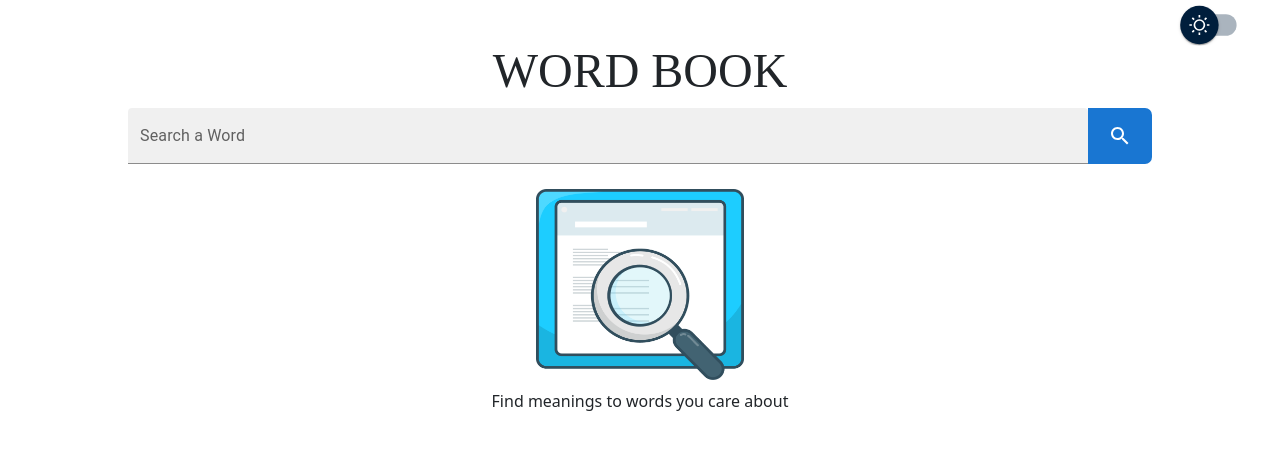
Repository: marveldev/my-dictionary
Page: /
The author's editor kept a copy of each file at every save. The page is drawn from the files as they stood at one save, then again after the next save.
The browser window is 1280 px wide. The pictures show the whole page.
The project was rebuilt for these pictures with package versions that can differ from the ones it lists, and the page was loaded fresh each time. Also part of the build but not shown: src/components/themeSwitcher/MUISwitch.jsx.

Above is the page before, as saved 2022-05-22 17:01:05.

### public/index.html
<!DOCTYPE html>
<html lang="en">
  <head>
    <meta charset="utf-8" />
    <meta name="viewport" content="width=device-width, initial-scale=1" />
    <meta name="theme-color" content="#000000" />
    <meta
      name="description"
      content="Web site created using create-react-app"
    />
    <link href="https://cdn.jsdelivr.net/npm/bootstrap@5.1.3/dist/css/bootstrap.min.css" rel="stylesheet"
          integrity="sha384-1BmE4kWBq78iYhFldvKuhfTAU6auU8tT94WrHftjDbrCEXSU1oBoqyl2QvZ6jIW3" crossorigin="anonymous"
    />
    <link rel="apple-touch-icon" href="./icon-192x192.png" />
    <link rel="icon" href="./icon-192x192.png" />
    <link rel="manifest" href="./manifest.json" />
    <title>My Dictionary</title>
  </head>
  <body>
    <noscript>You need to enable JavaScript to run this app.</noscript>
    <div id="root"></div>
  </body>
</html>

### src/index.js
import React from 'react'
import ReactDOM from 'react-dom'
import App from './App'
import swDev from './swDev'
import './index.css'

ReactDOM.render(
  <React.StrictMode>
    <App />
  </React.StrictMode>,
  document.getElementById('root')
)
swDev()

### src/App.js
import { useState } from 'react'
import { createTheme } from '@mui/material'
import { Form, Output, ThemeSwitcher } from './components'

const App = () => {
  const [definitions, setDefinitions] = useState([])
  const [appMode, setAppMode] = useState('online')
  const [isLoading, setIsLoading] = useState(null)

  const storedTheme = localStorage.getItem('theme') || 'light'
  const [theme, setTheme] = useState(storedTheme)

  const themePalette = createTheme({
    palette: {
      mode: theme,
    },
  })

  return (
    <div className={`${theme} app`}>
      <div className="top-column top-0 w-100 pb-4">
        <ThemeSwitcher setTheme={setTheme} theme={theme} themePalette={themePalette} />
        <h1 className="text-center">{definitions?.word || 'WORD BOOK'}</h1>
        <Form
          setDefinitions={setDefinitions}
          themePalette={themePalette}
          setAppMode={setAppMode}
          setIsLoading={setIsLoading}
        />
      </div>

      <Output definitions={definitions} appMode={appMode} isLoading={isLoading} />
    </div>
  )
}

export default App

### src/swDev.js
export default function swDev() {
  let swUrl = `${process.env.PUBLIC_URL}/sw.js`
  navigator.serviceWorker.register(swUrl).then(response => {
    console.warn("response", response)
  })
}

### src/index.css
body {
  margin: 0;
}

.app {
  position: absolute;
  width: 100%;
  height: 100%;
  transition: all 0.5s linear 0s;
}

.top-column {
  position: fixed;
  background: #fff;
  z-index: 1;
  transition: all 0.5s linear 0s;
}

h1 {
  font-size: 3em;
  font-family: 'Montserrat light', serif;
}

.form {
  width: 80%;
}

#searchButton {
  border-radius: 0 0.5em 0.5em 0;
  box-shadow: none;
}

.output {
  margin: 11.3em auto 0;
  padding-bottom: 1em;
}

.search-illustration {
  width: 13em;
  height: 13em;
  object-fit: contain;
}

.definition-header {
  padding: 1em 2em;
  font-family: 'Montserrat Medium', serif;
}

.volume-icon {
  transform: scale(1.8);
  color: #000;
}

.definitions-wrapper {
  width: 80%;
  background: #f0f0f0;
}

.definition {
  background: #3b5360;
}

button:active {
  transform: translateY(0.2em);
}

.dark {
  background: #282c34;
  color: #fff;
  height: auto;
}

.dark #searchButton {
  background: #1174ff;
  color: #fff;
}

.dark .top-column {
  background: #282c34;
}

.dark .definitions-wrapper {
  background: #3b3f46;
}

.dark .definition {
  background: #355c6c;
}

.dark .volume-icon {
  color: #fff;
}

@media screen and (max-width: 628px) {
  .form {
    width: 95%;
  }

  .output {
    margin-top: 12em;
  }

  .definition-header {
    padding: 0.5em 0;
  }

  .definitions-wrapper {
    width: 95%;
    padding: 0 1em;
  }
}

### src/components/index.js
export { default as Form } from './form/Form'
export { default as Output } from './output/Output'
export { default as ThemeSwitcher } from './themeSwitcher/ThemeSwitcher'

### src/components/form/Form.jsx
import { useState } from 'react'
import debounce from 'lodash.debounce'
import wordList from 'word-list-json'
import { TextField, ThemeProvider, Autocomplete, Button } from '@mui/material'
import SearchIcon from '@mui/icons-material/Search'

const Form = ({ setDefinitions, themePalette, setIsLoading, setAppMode }) => {
  const [filteredWords, setFilteredWords] = useState([])
  const [word, setWord] = useState('')

  const url = `https://api.dictionaryapi.dev/api/v2/entries/en/${word}`

  const doWordFilter = debounce(value => {
    if(value.trim().length >= 1) {
      const wordFilter = wordList?.filter(word => word.startsWith(value.toLowerCase())).slice(0, 30)
      setFilteredWords(wordFilter)
    } else {
      setFilteredWords([])
      setWord('')
      setDefinitions([])
    }
  }, 300)

  const fetchDefinition = async event => {
    event?.preventDefault()
    if (word.trim().length >= 1) {
      setIsLoading(true)

      try {
        const response = await fetch(url)
        const data = await response.json()
        if (data) {
          setIsLoading(null)
          setDefinitions(data[0])
          setAppMode('online')
        }
      } catch (error) {
        setAppMode('offline')
        setDefinitions([])
      }
    }
  }

  return (
    <ThemeProvider theme={themePalette}>
      <>
        <Autocomplete
          freeSolo
          disableClearable
          options={filteredWords.map(word => word)}
          onChange={(event, value) =>
            setWord(value)
          }
          renderInput={params =>
            <form
              className="form d-flex m-auto"
              onSubmit={event => fetchDefinition(event)}
            >
              <TextField
                {...params}
                variant="filled"
                label="Search a Word"
                onChange={event => doWordFilter(event.target.value)}
              />
              <Button type="submit" variant="contained" id="searchButton">
                <SearchIcon />
              </Button>
            </form>
          }
        />
      </>
    </ThemeProvider>
  )
}

export default Form

### src/components/output/Output.jsx
import { IconButton } from '@mui/material'
import VolumeUpIcon from '@mui/icons-material/VolumeUp'
import { searchIllustration, loader } from '../assets'

const Output = ({ definitions, isLoading, appMode }) => {
  const playWord = (url) => {
    const audio = new Audio(url)
    audio?.play()
  }

  return (
    <div className="output">
      {isLoading && appMode === 'online' && (
        <div className="text-center">
          <img src={loader} alt="loading" />
        </div>
      )}

      {!isLoading && (
        <>
          {!definitions && (
            <div className="text-center fs-4">😞 we couldn't find definitions for the word you are looking for.</div>
          )}

          {definitions?.length <= 0 && (
            <div className="text-center">
              <img src={searchIllustration} className="search-illustration" alt="search illustration" />
              <p>Find meanings to words you care about</p>
            </div>
          )}

          {definitions?.meanings && (
            <div className="definitions-wrapper m-auto pb-4 rounded">
              <div className="definition-header d-flex align-items-center gap-3">
                {definitions.phonetics[0]?.audio && (
                  <IconButton onClick={() => playWord(definitions.phonetics[0]?.audio)}>
                    <VolumeUpIcon className="volume-icon" />
                  </IconButton>
                )}
                <div>
                  <p className="m-0 fs-5">{definitions?.word}</p>
                  {definitions?.phonetic && <p className="m-0">{definitions?.phonetic}</p>}
                </div>
              </div>
              <ul className="mx-lg-5 ps-0">
                {definitions?.meanings.map((meaning, index) => (
                  <li key={index}>
                    <p>"partOfSpeech": {meaning.partOfSpeech}</p>
                    {meaning.definitions?.map((data, index) => (
                      <div key={index} className="definition text-white rounded p-2 mb-3">
                        <p className="fw-bold">{data.definition}</p>
                        <p>
                          <span className="me-2 fw-bold">Example:</span>
                          {data.example}
                        </p>
                        <p className="mb-0">
                          <span className="me-2 fw-bold">Synonyms:</span>
                          {data.synonyms.join(', ')}
                        </p>
                      </div>
                    ))}
                  </li>
                ))}
              </ul>
            </div>
          )}
        </>
      )}

      {appMode === 'offline' && (
        <div className="text-center fs-4">😞 you are in offline mode or some issue with connection.</div>
      )}
    </div>
  )
}

export default Output

### src/components/themeSwitcher/ThemeSwitcher.jsx
import { FormControlLabel } from '@mui/material'
import { MaterialUISwitch } from './MUISwitch'

const ThemeSwitcher = ({ theme, setTheme, themePalette }) => {
  const switchTheme = () => {
    const currentTheme = theme === 'dark' ? 'light' : 'dark'
    setTheme(currentTheme)
    localStorage.setItem('theme', currentTheme)
  }

  return (
    <div className="text-end mx-lg-4 mt-2">
      <FormControlLabel
        label=""
        control={
          <MaterialUISwitch
            theme={themePalette}
            onChange={switchTheme}
            checked={theme === 'dark' && true}
            aria-label="switch theme"
          />
        }
      />
    </div>
  )
}

export default ThemeSwitcher

### src/components/assets/index.js
export { default as searchIllustration } from './searchIllustration.png'
export { default as loader } from './loader.svg'

After the next save:
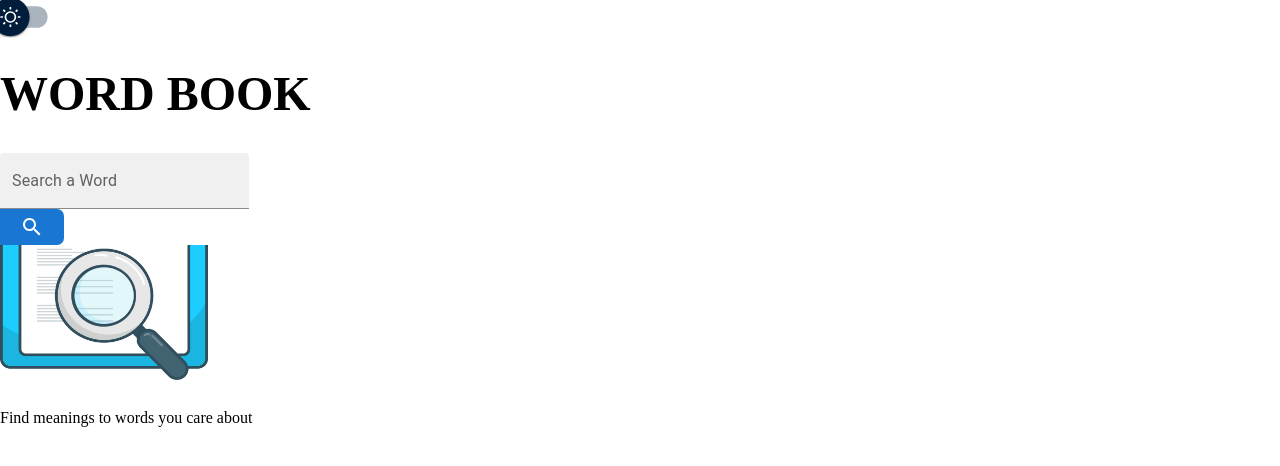
Saved 15 min 57 s later.
--- a/public/index.html
+++ b/public/index.html
@@ -4,13 +4,10 @@
     <meta charset="utf-8" />
     <meta name="viewport" content="width=device-width, initial-scale=1" />
     <meta name="theme-color" content="#000000" />
-    <meta
-      name="description"
-      content="Web site created using create-react-app"
-    />
-    <link href="https://cdn.jsdelivr.net/npm/bootstrap@5.1.3/dist/css/bootstrap.min.css" rel="stylesheet"
+    <meta name="description" content="Web site created using create-react-app" />
+    <!-- <link href="https://cdn.jsdelivr.net/npm/bootstrap@5.1.3/dist/css/bootstrap.min.css" rel="stylesheet"
           integrity="sha384-1BmE4kWBq78iYhFldvKuhfTAU6auU8tT94WrHftjDbrCEXSU1oBoqyl2QvZ6jIW3" crossorigin="anonymous"
-    />
+    /> -->
     <link rel="apple-touch-icon" href="./icon-192x192.png" />
     <link rel="icon" href="./icon-192x192.png" />
     <link rel="manifest" href="./manifest.json" />
